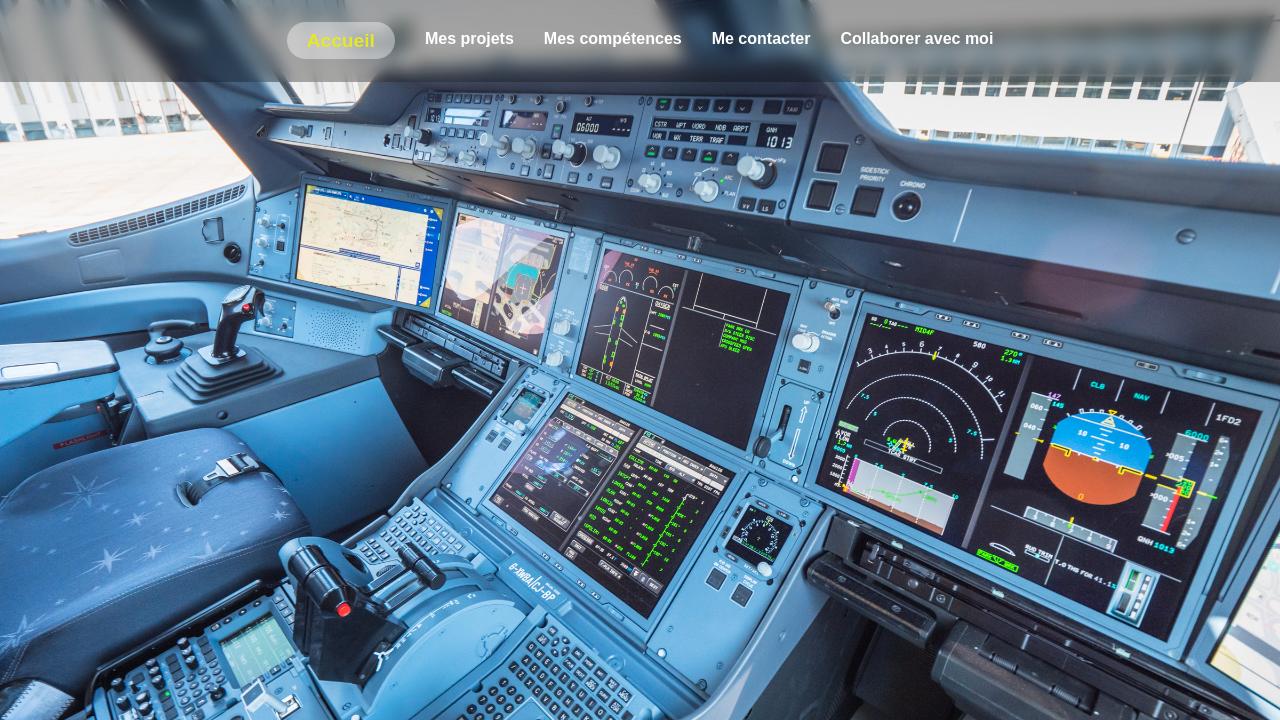
Repository: nlagardere/myportfolio
Page: competences.html
These files come from the project's save history. The page is drawn as it stood at one moment and after the next save; the edit follows.
The browser window is 1280 px wide. The pictures show the whole page.
The pointer rests on the first visible `.accueil-wrapper`.

Above is the page before, as saved 2025-09-06 10:38:09.

### competences.html
<!DOCTYPE html>
<html lang="en">
<head>
    <meta charset="UTF-8">
    <meta name="viewport" content="width=device-width, initial-scale=1.0">
    <title>Document</title>
    <style>
        body {
      font-family: 'Quicksand', sans-serif;
      margin: 0;
      padding: 0;
      min-height: 100vh;
      display: flex;
      flex-direction: column;
      background: url('a350.jpg') no-repeat center center;
      background-size: cover;
      color: #fff;
    }

    header {
      text-align: center;
      padding: 30px 20px;
      background: rgba(0,0,0,0.3);
      backdrop-filter: blur(8px);
    }

    /* ========== GLASS CARD ========== */
    .glasscard, .competences {
      background: rgba(255, 255, 255, 0.2);
      border-radius: 15px;
      padding: 20px;
      margin: 20px auto;
      max-width: 800px;
      backdrop-filter: blur(10px);
      box-shadow: 0 4px 30px rgba(0,0,0,0.1);
      text-align: center;
      animation: zoomPop 1s ease forwards;
      color: white;
    }

    .highlight {
      color: #FFD93D;
      font-weight: bold;
    }

    @keyframes zoomPop {
      0% { opacity: 0; transform: scale(0.1) translateZ(-800px); }
      60% { opacity: 1; transform: scale(1.2) translateZ(50px); }
      80% { transform: scale(0.95) translateZ(0); }
      100% { opacity: 1; transform: scale(1) translateZ(0); }
    }

        .navbar ul {
      list-style: none;
      padding: 0;
      margin: 0;
      display: flex;
      justify-content: center;
      gap: 30px;
      flex-wrap: wrap;
    }
    .navbar ul li {
      display: inline;
    }
    .navbar ul li a {
      text-decoration: none;
      color: white;
      font-weight: bold;
      transition: color 0.3s;
    }
    .navbar ul li a:hover {
      color: #FFD93D;
    }

    .navbar .accueil a {
      font-size: 1.2em;
      font-weight: bold;
      color: #000000;


    }
    .navbar .accueil a:hover {
      color: #e6e62a;
    }

        .accueil-wrapper {
  background: rgba(255, 255, 255, 0.2);
  backdrop-filter: blur(10px);
  padding: 8px 20px;
  border-radius: 25px;
  color: #fff;
  font-weight: bold;
  transition: all 0.3s ease;
}

.accueil-wrapper:hover {
  background: rgba(255, 255, 255, 0.4);
  transform: scale(1.05);
  color: #FFD93D;
}
    </style>
</head>
<body>
    <header>
    <nav class="navbar">
      <ul>
        <li class="accueil">
          <a href="index - Copie.html" class="accueil-wrapper">Accueil</a>
        </li>
        <li><a href="projects.html" class="projets-wrapper">Mes projets</a></li>
        <li><a href="competences.html" class="competences-wrapper">Mes compétences</a></li>
       <li><a href="contact.html">Me contacter</a></li>
        <li><a href="collaborate.html">Collaborer avec moi</a></li>
      </ul>
    </nav>
  </header>
</body>
</html>

After the next save:
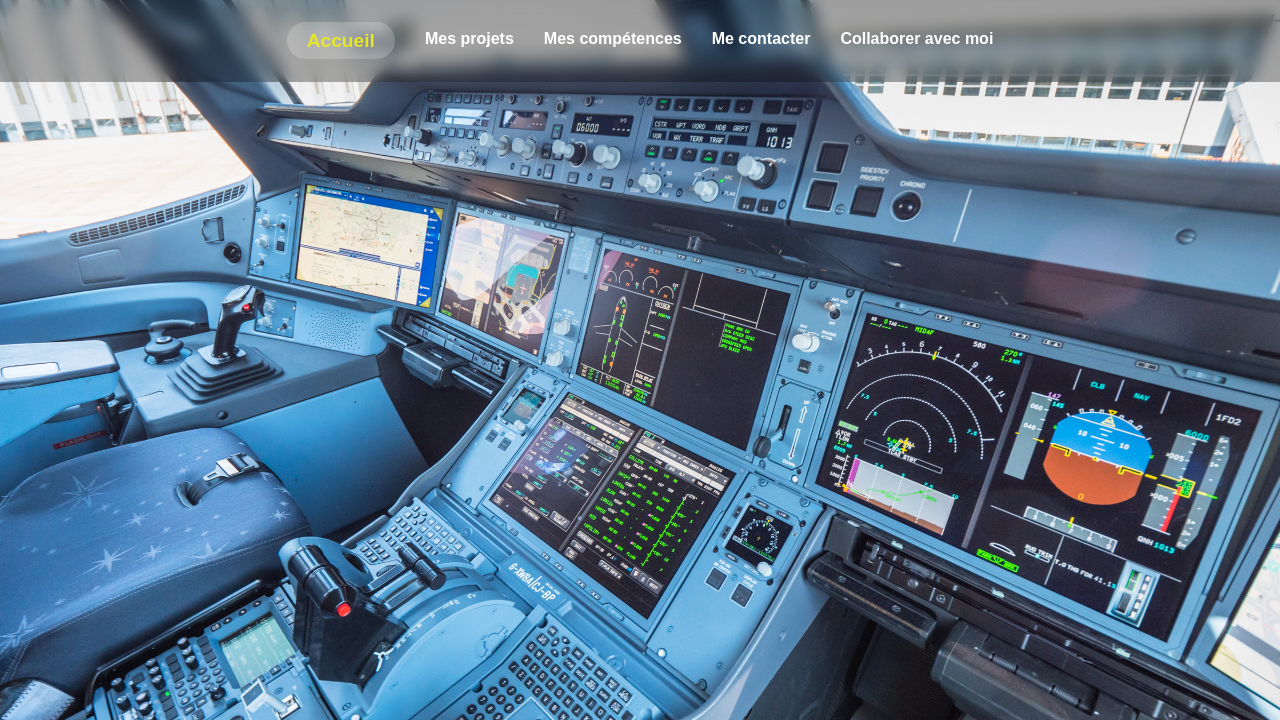
Saved 7 s later.
--- a/competences.html
+++ b/competences.html
@@ -93,7 +93,7 @@
   transition: all 0.3s ease;
 }
 
-.accueil-wrapper:hover {
+.-wrapper:hover {
   background: rgba(255, 255, 255, 0.4);
   transform: scale(1.05);
   color: #FFD93D;
